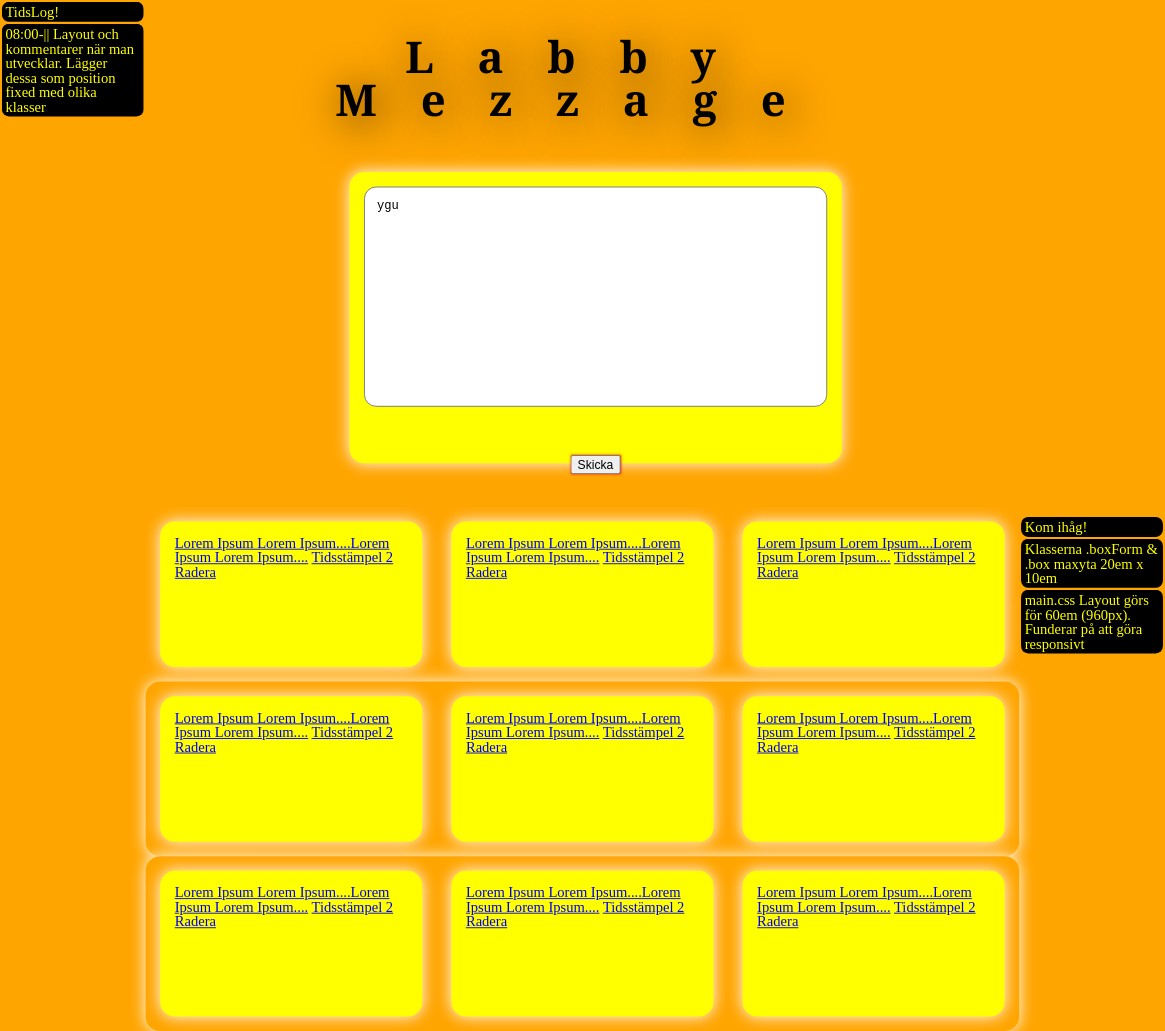
Repository: AndreasAnemyrLNU/1dv403-laborationer-AA223IG
Page: 2-labbymezzage/index.html
The author's editor kept a record of every edit. The page is drawn from the files as they stood at one moment, then again after the next edit.
The browser window is 1280 px wide. The pictures show the whole page, at 91% of full size.
The pointer rests on the first visible `.messageContainer`.

Above is the page before.

### 2-labbymezzage/index.html
<!DOCTYPE html>
<html lang="sv">
    <head>
        <link rel="stylesheet" href="css/main.css" type="text/css" />
        <meta charset="utf-8">
    </head>
    <body>
<!--******************************************************************************************-->
<!--******************************************************************************************-->
        <div class="z fixedRight fixedBottom">
            <p>Kom ihåg!</p>
            <p>Klasserna .boxForm & .box maxyta 20em x 10em</p>
            <p>main.css Layout görs för 60em (960px). Funderar på att göra responsivt</p>
        </div>

        <div class="z">
            <p>TidsLog!</p>
            <p>08:00-|| Layout och kommentarer när man utvecklar. Lägger dessa som position fixed med olika klasser</p>
        </div>
<!--******************************************************************************************-->
<!--******************************************************************************************-->

        <div id="Wrapper">

                <h1>Labby Mezzage</h1>

                <div class="formContainer">
                    <div class="boxForm">
                        <form id="messageForm">
                            <textarea>ygu</textarea>
                            <input id="submit" type="submit" value="Skicka"/>
                        </form>
                    </div>
                </div>

                <div class="messageBoard">

                    <div class="messageContainer">

                        <div class="box">
                            <article class="message">
                                <a class="message block" href="#">Lorem Ipsum Lorem Ipsum....Lorem Ipsum Lorem Ipsum....</a>
                                <a href="#">Tidsstämpel 2 </a><a href="#">Radera</a>
                            </article>
                        </div>

                        <div class="box">
                            <article class="message">
                                <a class="message block" href="#">Lorem Ipsum Lorem Ipsum....Lorem Ipsum Lorem Ipsum....</a>
                                <a href="#">Tidsstämpel 2 </a><a href="#">Radera</a>
                            </article>
                        </div>

                        <div class="box">
                            <article class="message">
                                <a class="message block" href="#">Lorem Ipsum Lorem Ipsum....Lorem Ipsum Lorem Ipsum....</a>
                                <a href="#">Tidsstämpel 2 </a><a href="#">Radera</a>
                            </article>
                        </div>

                    </div>

                    <div class="messageContainer">

                        <div class="box">
                            <article class="message">
                                <a class="message block" href="#">Lorem Ipsum Lorem Ipsum....Lorem Ipsum Lorem Ipsum....</a>
                                <a href="#">Tidsstämpel 2 </a><a href="#">Radera</a>
                            </article>
                        </div>

                        <div class="box">
                            <article class="message">
                                <a class="message block" href="#">Lorem Ipsum Lorem Ipsum....Lorem Ipsum Lorem Ipsum....</a>
                                <a href="#">Tidsstämpel 2 </a><a href="#">Radera</a>
                            </article>
                        </div>

                        <div class="box">
                            <article class="message">
                                <a class="message block" href="#">Lorem Ipsum Lorem Ipsum....Lorem Ipsum Lorem Ipsum....</a>
                                <a href="#">Tidsstämpel 2 </a><a href="#">Radera</a>
                            </article>
                        </div>

                    </div>

                    <div class="messageContainer">

                        <div class="box">
                            <article class="message">
                                <a class="message block" href="#">Lorem Ipsum Lorem Ipsum....Lorem Ipsum Lorem Ipsum....</a>
                                <a href="#">Tidsstämpel 2 </a><a href="#">Radera</a>
                            </article>
                        </div>

                        <div class="box">
                            <article class="message">
                                <a class="message block" href="#">Lorem Ipsum Lorem Ipsum....Lorem Ipsum Lorem Ipsum....</a>
                                <a href="#">Tidsstämpel 2 </a><a href="#">Radera</a>
                            </article>
                        </div>

                        <div class="box">
                            <article class="message">
                                <a class="message block" href="#">Lorem Ipsum Lorem Ipsum....Lorem Ipsum Lorem Ipsum....</a>
                                <a href="#">Tidsstämpel 2 </a><a href="#">Radera</a>
                            </article>
                        </div>

                    </div>

                </div>




        </div>

        <!--<script type="text/javascript" src="js/addEvent.js"></script>-->
        <script type="text/javascript" src="js/run.js"></script>
        <script type="text/javascript" src="js/Message.js"></script>
    </body>
</html>

### 2-labbymezzage/css/main.css
/*Optimized for 960px width*/

/*ColorScheme*/


/* http://meyerweb.com/eric/tools/css/reset/
   v2.0 | 20110126
   License: none (public domain)
*/

html, body, div, span, applet, object, iframe,
h1, h2, h3, h4, h5, h6, p, blockquote, pre,
a, abbr, acronym, address, big, cite, code,
del, dfn, em, img, ins, kbd, q, s, samp,
small, strike, strong, sub, sup, tt, var,
b, u, i, center,
dl, dt, dd, ol, ul, li,
fieldset, form, label, legend,
table, caption, tbody, tfoot, thead, tr, th, td,
article, aside, canvas, details, embed,
figure, figcaption, footer, header, hgroup,
menu, nav, output, ruby, section, summary,
time, mark, audio, video {
	margin: 0;
	padding: 0;
	border: 0;
	font-size: 100%;
	font: inherit;
	vertical-align: baseline;
}
/* HTML5 display-role reset for older browsers */
article, aside, details, figcaption, figure,
footer, header, hgroup, menu, nav, section {
	display: block;
}
body {
	line-height: 1;
}
ol, ul {
	list-style: none;
}
blockquote, q {
	quotes: none;
}
blockquote:before, blockquote:after,
q:before, q:after {
	content: '';
	content: none;
}
table {
	border-collapse: collapse;
	border-spacing: 0;
}

/*END OF MEYER'S RESET*/

body{
    background-color:orange;
}

form{
    float: left;
}
h1{
    font-family: georgia;
    font-size: 3em;
    font-weight: 700;
    letter-spacing: 1em;
    padding: .8em;
    text-align: center;
    text-shadow: black .1em .1em 1em;
}
input[type="submit"]{
    box-shadow: red 0 0 .2em;
    clear: both;
    float: left;
    margin: 4em 17em;

}
textarea{
    border-radius: 1em;
    float: left;
    height: 16em;
    overflow:hidden;
    padding: 1em;
    resize: none;
    width: 36em;
}
#Wrapper{
    background-color: orange;
    display: block;
    margin: auto;
    width: 60em;
}
/* height 10em, width 20em */
.box{
    /*border: 0.0625em solid black*/ ;
    border-radius: 1em;
    background-color: yellow;
    box-shadow: white 0 0 1em;
    float: left;
    height: 8em;
    padding: 1em;
    transform: scale(1);
    transition-duration: 2s;
    margin: 1em;
    width: 16em;
}
.box:hover{
    box-shadow: red 0 0 .1250;
    transform: scale(1.05, 1.05);
    transition-duration: .7s;

}
.boxForm{
    /*border: 0.0625em solid black*/ ;
    border-radius: 1em;
    background-color: yellow;
    box-shadow: white 0 0 1em;
    float: left;
    height: 18em;
    padding: 1em;
    transition-duration: .7s;
    margin: 1em 0 3em 0;
}
.fixedBottom{
    bottom: 0;
}
.fixedRight{
    right: 0;
}
.messageBoard{
    display: block;
    clear: both;
}
.formContainer{
    margin: auto;
    width: 32em;
}
.messageContainer{
    background-color: orange;
    border-radius: 1em;
    box-shadow: white 0 0 1em;
    clear: both;
    overflow: auto;
    transition-duration: 1.5s;
}
.messageContainer:hover{
    box-shadow: white 0 0 0;
    transition-duration: 1.5s;
}

/*Comments for developer*/
.z{
    position: fixed;
    width: 10em;
}
.z p{
    background-color: black;
    border: .1250em solid black;
    border-radius: .5em;
    color: yellow;
    border-bottom: none;
    margin: .1250em;
    padding: .1250em;
}

### 2-labbymezzage/js/run.js
"use strict";


var run = {

    messages:   [],

    init:       function(){


    var submit = document.getElementById("submit");
    submit.addEventListener("click", run.createMessage, false);
    },

    createMessage:  function(){
    run.messages.push(new Message( document.getElementById("messageInputArea").value , new Date()));
    console.log(run.messages[0].toString());
    },

};

window.onload = run.init;

### 2-labbymezzage/js/Message.js
"use strict";

//Start - Message constructor***************************\\

function Message(message, date){

    this.getText = function(){
        return message;
    };

    this.setText = function (_text){
        message = _text;
    };

    this.getDate = function(){
        return date;
    };

    this.setDate = function (_date){
        message = _date;
    };



}

//*****************************Message constructor - End\\
//******************************************************\\
//Start - Message.prototype*****************************\\

Message.prototype.toString = function(){
    return this.getText()+" ("+this.getDate()+")";
};

Message.prototype.HTMLText = function(){
    alert("getHTMLText in Message not implemented!");
};

//***********************Start - Message.prototype - End\\

After the next edit:
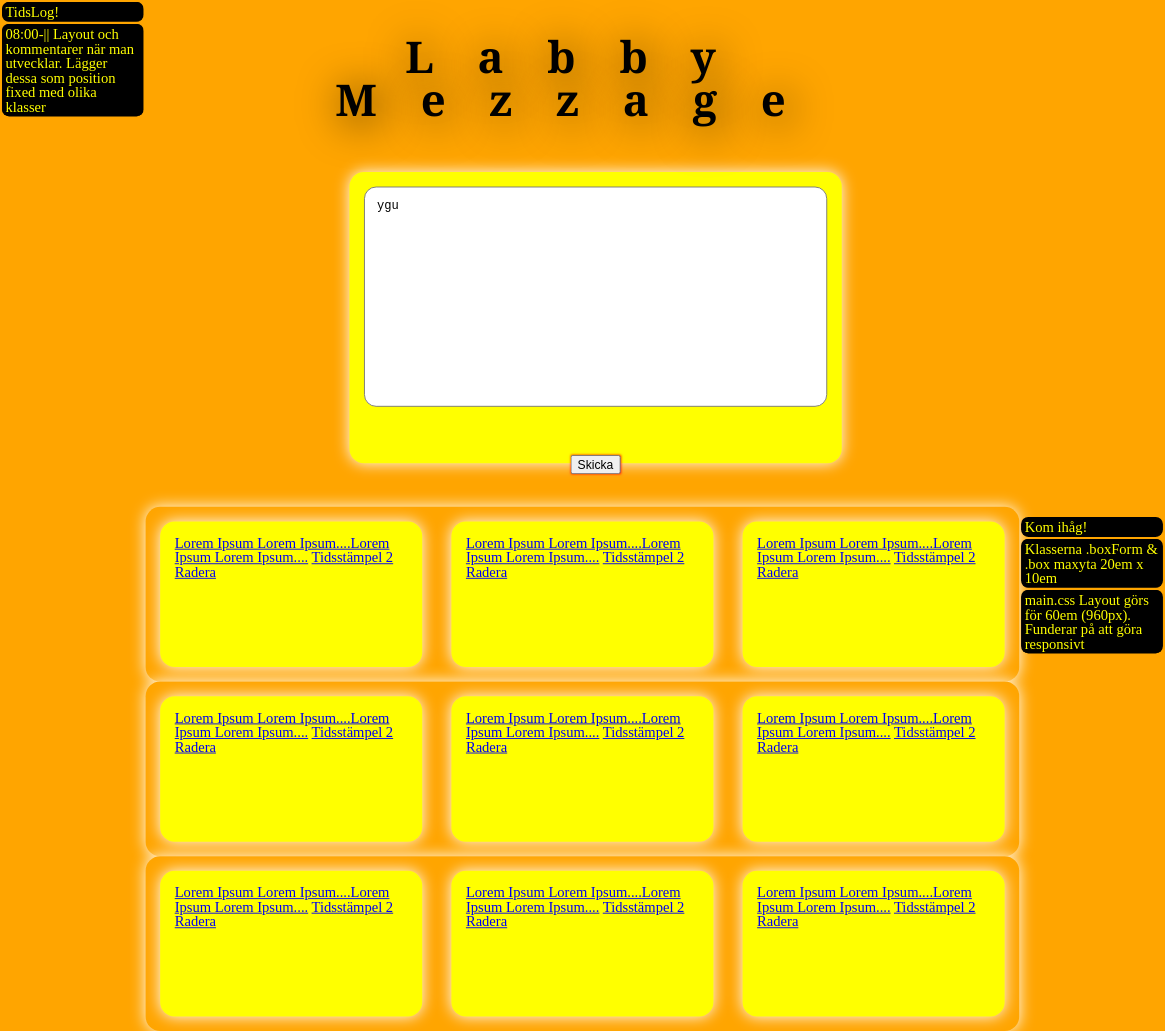
The edit:
--- a/2-labbymezzage/css/main.css
+++ b/2-labbymezzage/css/main.css
@@ -146,7 +146,7 @@
     transition-duration: 1.5s;
 }
 .messageContainer:hover{
-    box-shadow: white 0 0 0;
+    box-shadow: white 0 0 1em;
     transition-duration: 1.5s;
 }
 
